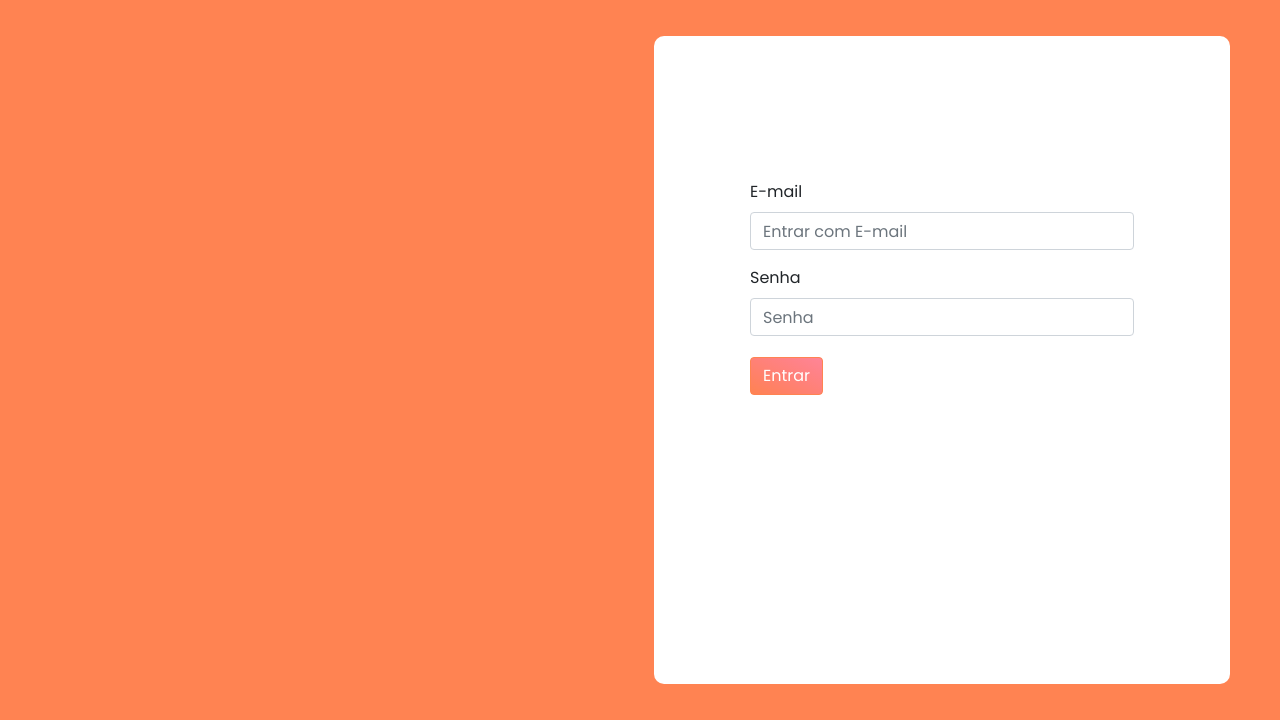
Repository: MilenaMelo/WebSite-PetCheers
Page: /login
These files come from the project's save history. The page is drawn as it stood at one moment and after the next save; the edit follows.
The browser window is 1280 px wide. The pictures show the whole page.
The project was rebuilt for these pictures with package versions that can differ from the ones it lists, and the page was loaded fresh each time.

Above is the page before, as saved 2020-08-26 22:38:54.

After the next save:
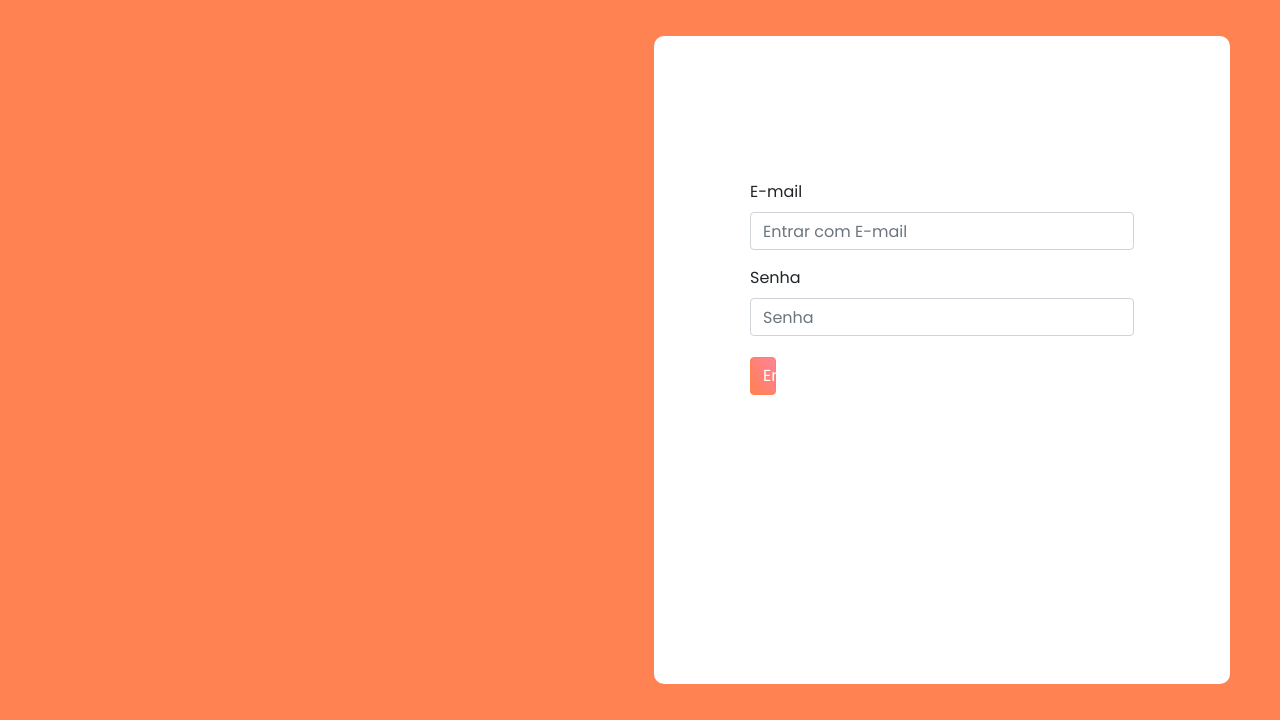
Saved 62 s later.
--- a/src/assets/scss/app.scss
+++ b/src/assets/scss/app.scss
@@ -9,6 +9,7 @@
 
 
 .btn-primary, .feature {
+  width: 10px;
   margin-top: 5px;
   background-image: linear-gradient(to right top, #ff8352, #ff8165, #ff8177, #ff8287, #ff8597);
   border-color: $orange;
